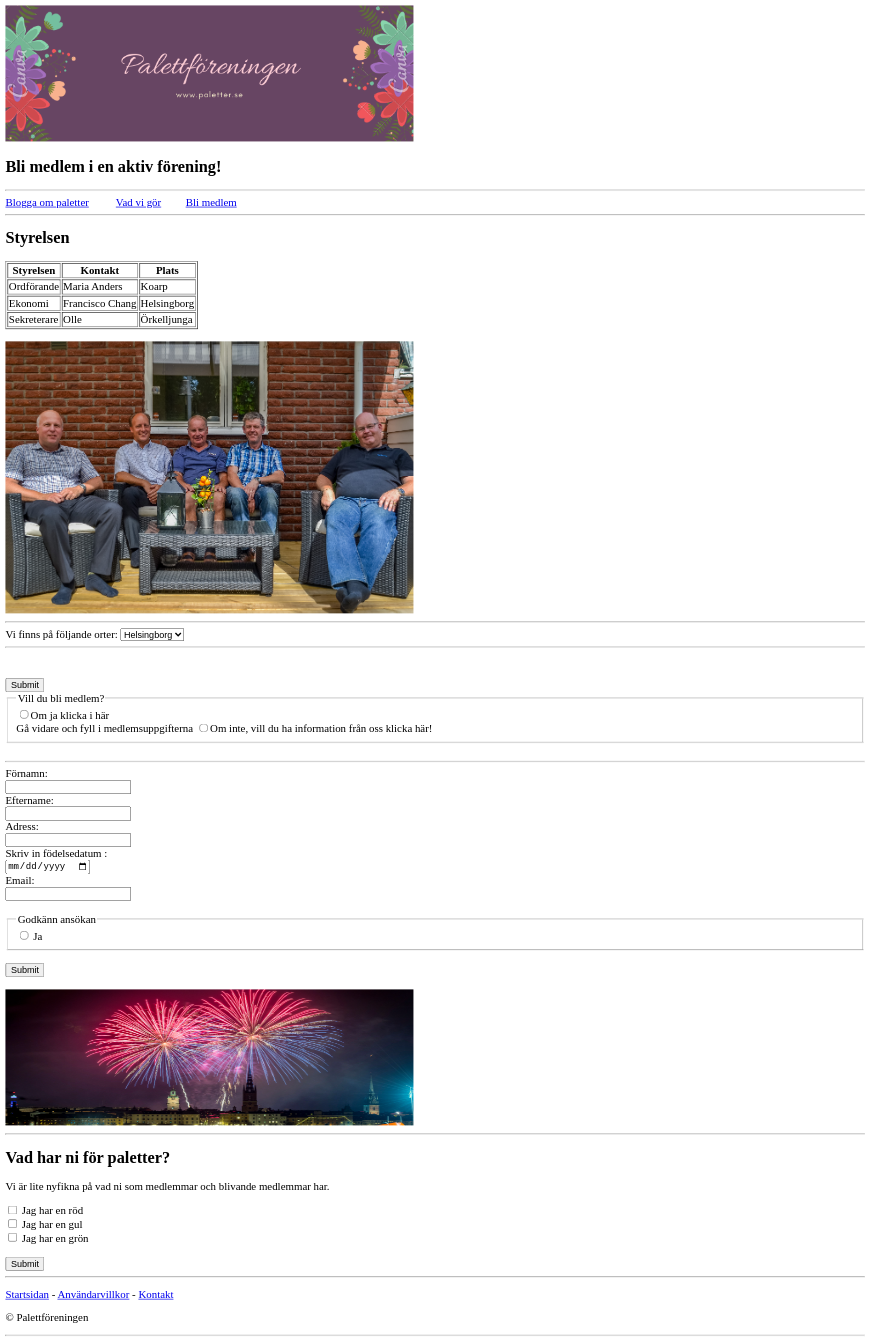
Repository: Webutveckling-20-21/Uppgift-1
Page: medlemskap.html
An editor plug-in stored every save of this project. The page is shown before and after the next save, followed by the edit.
The browser window is 1280 px wide. The pictures show the whole page, at 68% of full size.

Above is the page before, as saved 2021-09-08 14:36:47.

After the next save:
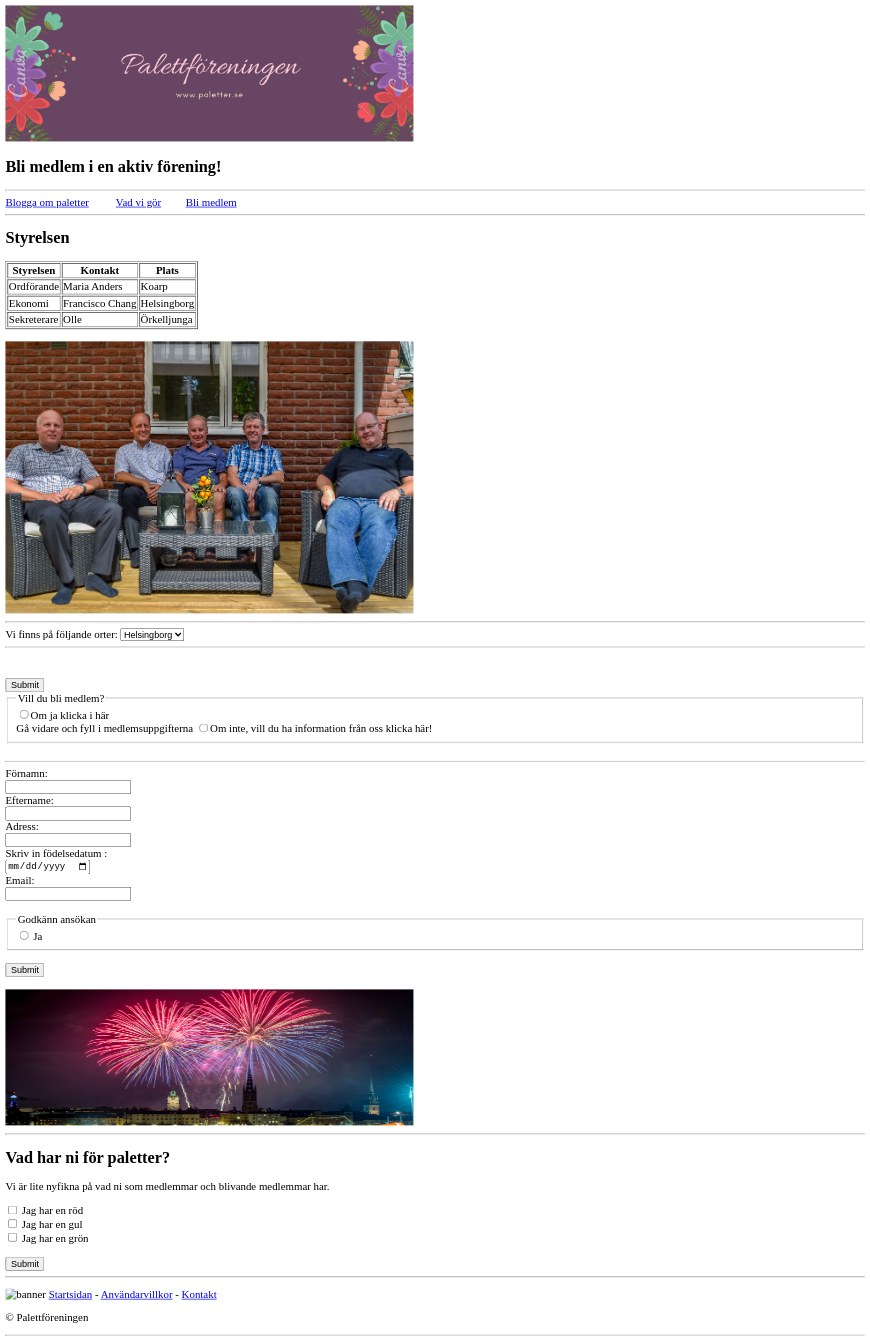
Not found: images/foban.jpg
Saved 8 s later.
--- a/medlemskap.html
+++ b/medlemskap.html
@@ -111,6 +111,7 @@
     <footer>
         <nav>
             <p>
+                <img src="images/foban.jpg" alt="banner">
                 <a href="blogg.html">Startsidan</a> -
                 <a href="villkor.html">Användarvillkor</a> -
                 <a href="kontakt.html">Kontakt</a>

After the 2 saves that followed:
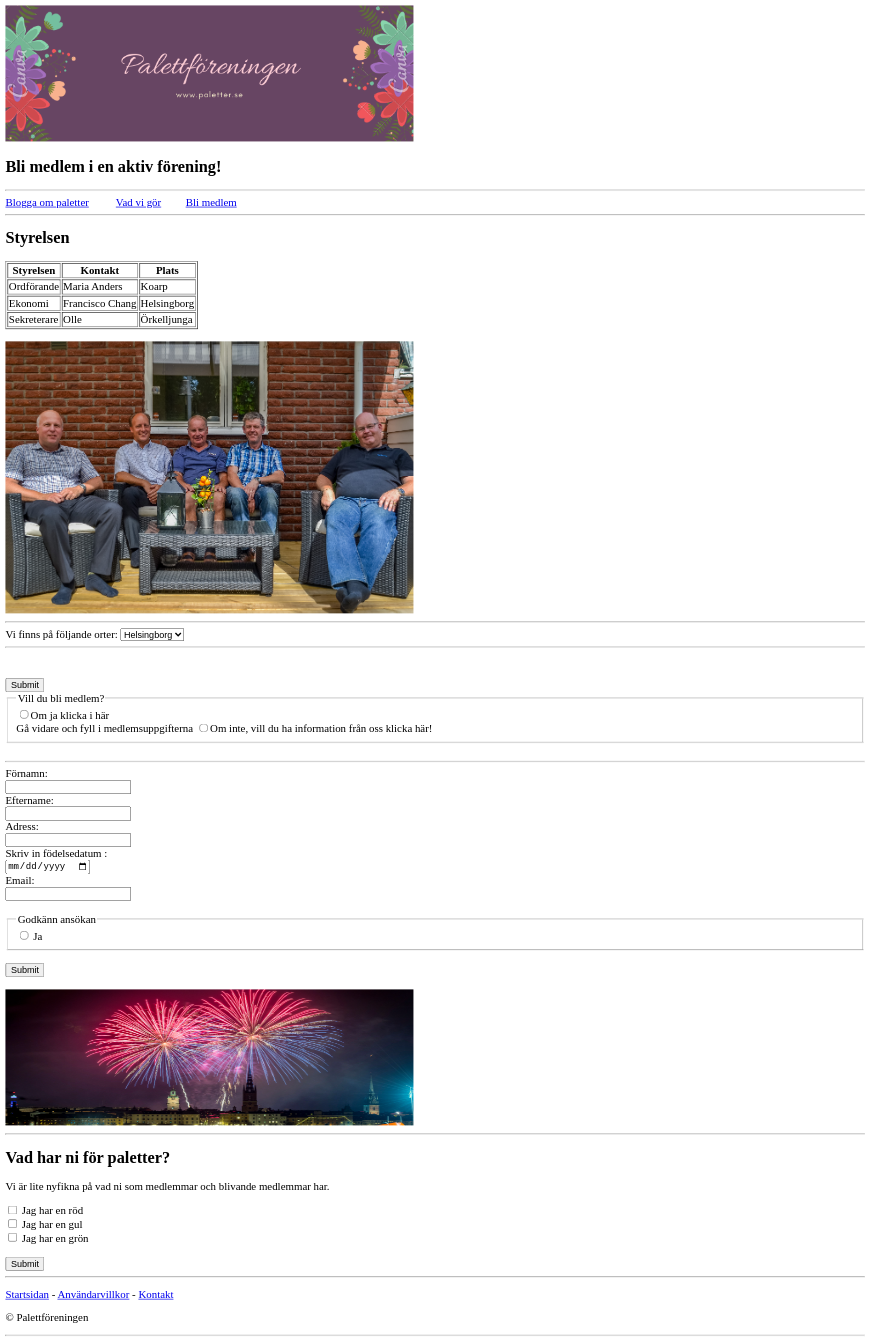
The 2 saves are shown as one change because they came seconds apart.
The last was saved 12 s later.
--- a/medlemskap.html
+++ b/medlemskap.html
@@ -111,8 +111,7 @@
     <footer>
         <nav>
             <p>
-                <img src="images/foban.jpg" alt="banner">
-                <a href="blogg.html">Startsidan</a> -
+                               <a href="blogg.html">Startsidan</a> -
                 <a href="villkor.html">Användarvillkor</a> -
                 <a href="kontakt.html">Kontakt</a>
             </p>
